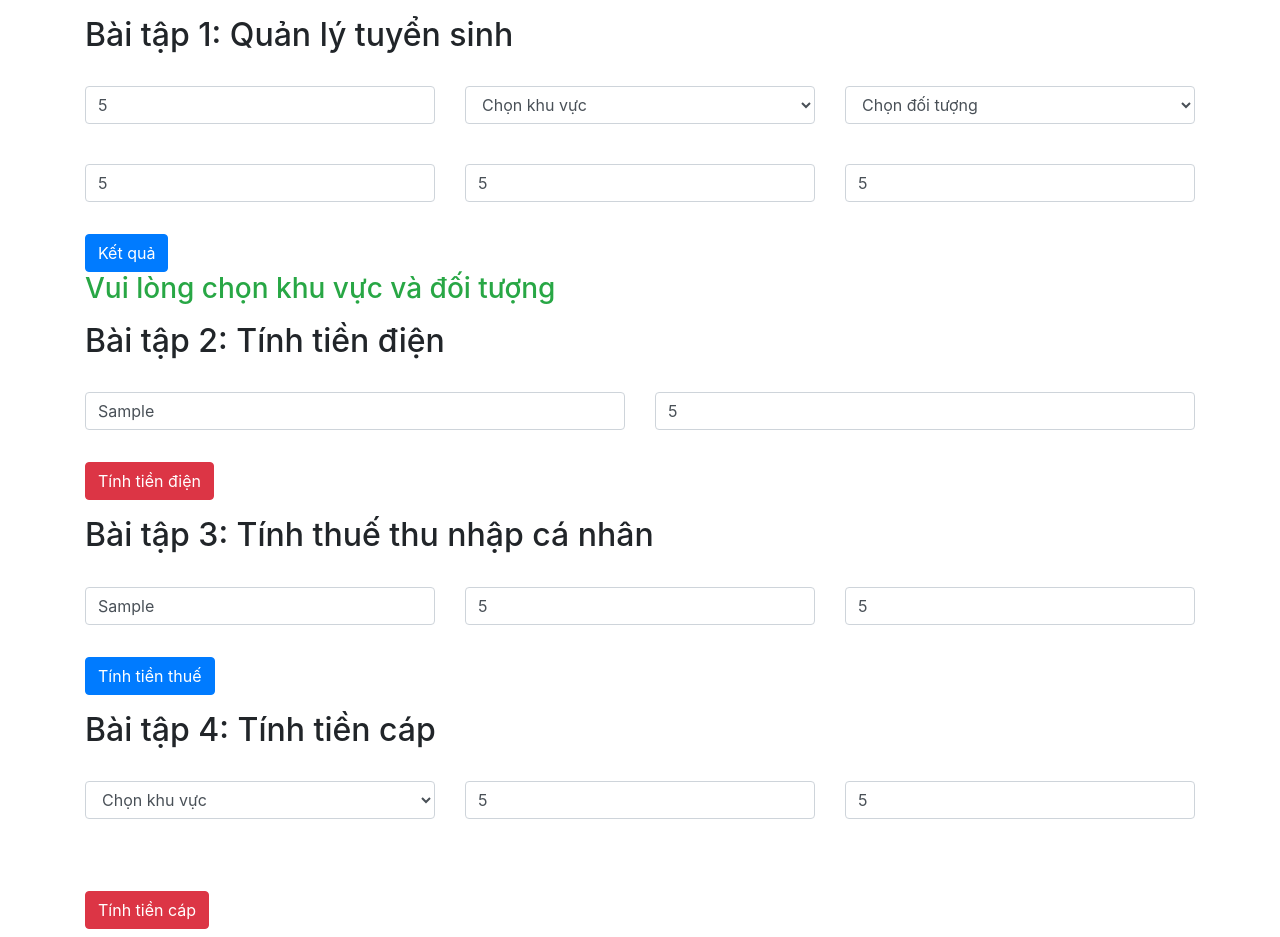
Repository: thanhfrankie/BC10-LeMinhThanh-Js-b5
Page: index.html
These files come from the project's save history. The page is drawn as it stood at one moment and after a run of saves; the edit follows.
The browser window is 1280 px wide. The pictures show the whole page.
Empty fields were first filled with sample values (such as "Sample", 5 or name@example.com).
After loading, the first visible `#ket-qua-tuyen-sinh` was clicked once.

Above is the page before, as saved 2023-12-24 21:22:23.

After the next 2 saves:
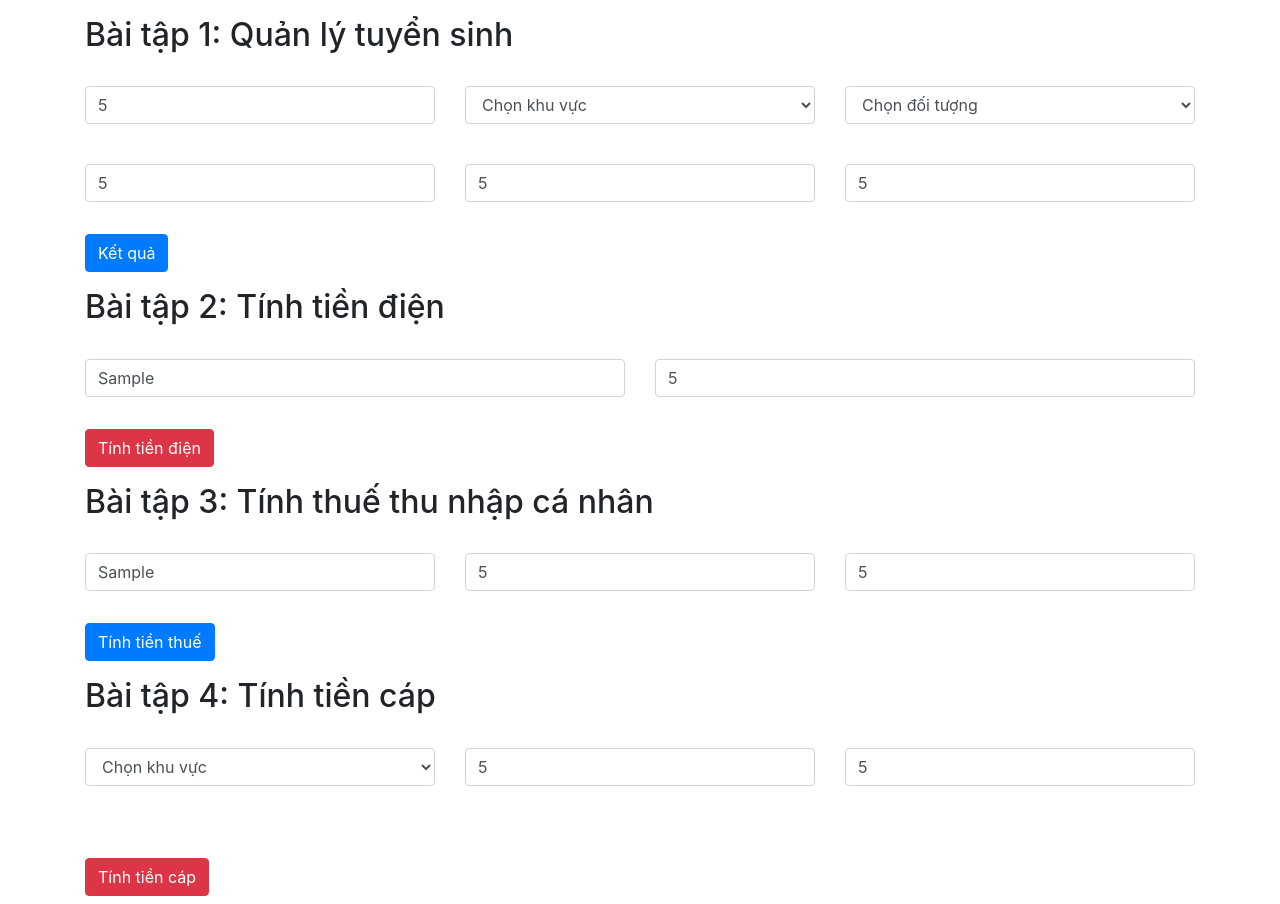
Console error: SyntaxError: Unexpected token ')'
The 2 saves are shown as one change because they came seconds apart.
The last was saved 20 s later.
--- a/index.js
+++ b/index.js
@@ -40,7 +40,11 @@
   ) {
     ketQua.innerText = `Vui lòng chọn khu vực và đối tượng`;
   }
-
+  if ( diemKhuVuc !== "A" ||
+  diemKhuVuc !== "B" ||
+    diemKhuVuc !== "C" ||) {
+
+  }
   if (diemKhuVuc === "A" && diemDoiTuong == 1) {
     diemUuTien = khuVucA + doiTuong1;
 

After the save that followed:
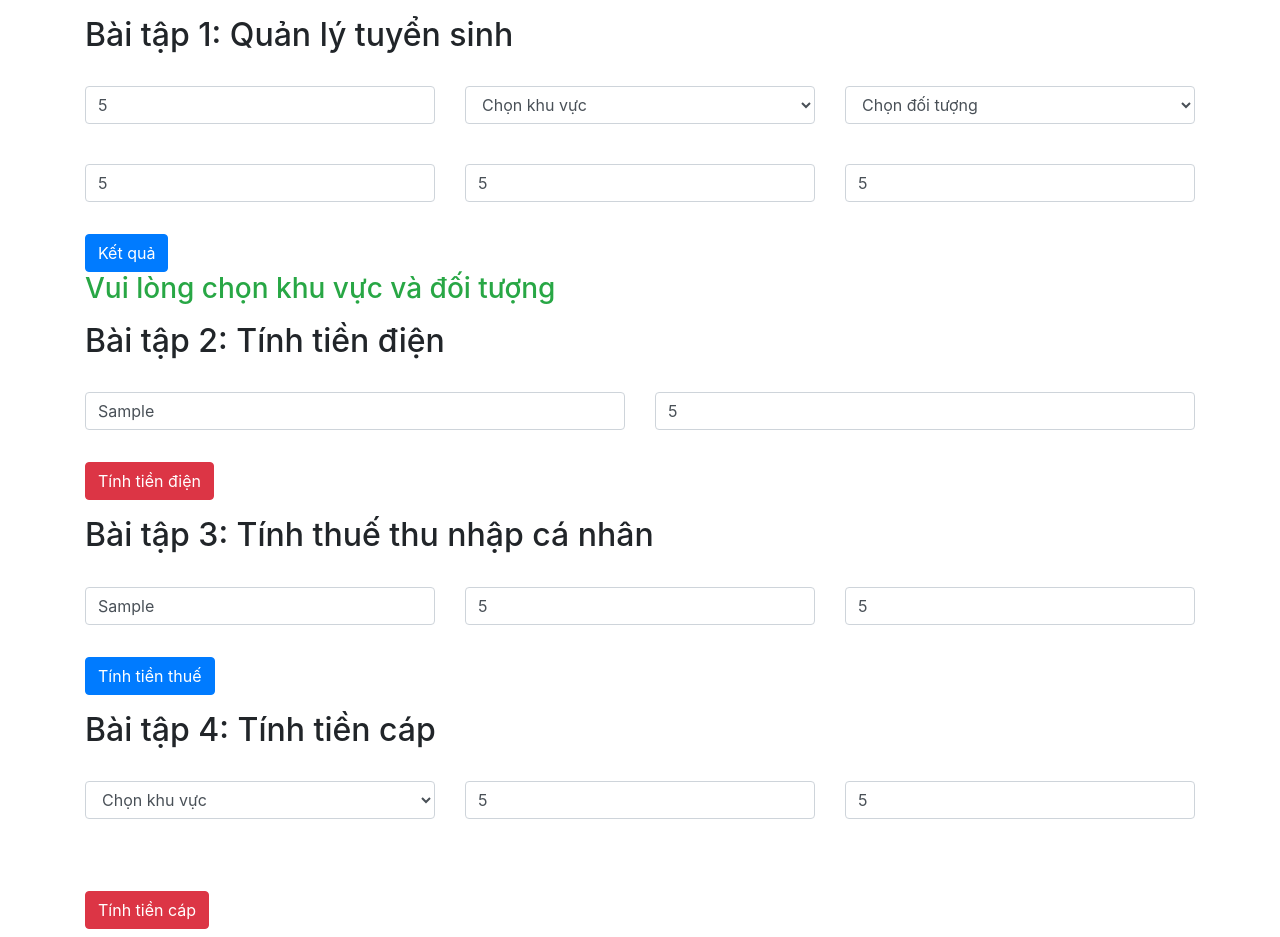
The error is gone.
Saved 4 s later.
--- a/index.js
+++ b/index.js
@@ -42,7 +42,7 @@
   }
   if ( diemKhuVuc !== "A" ||
   diemKhuVuc !== "B" ||
-    diemKhuVuc !== "C" ||) {
+    diemKhuVuc !== "C" ) {
 
   }
   if (diemKhuVuc === "A" && diemDoiTuong == 1) {
